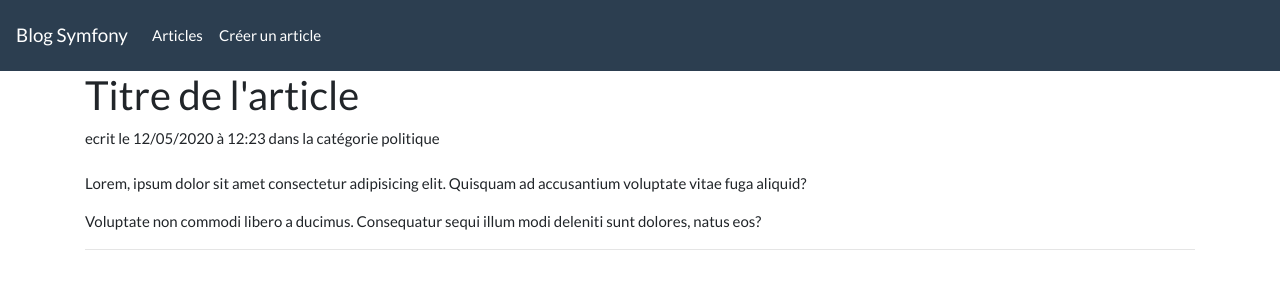
Repository: khadimniass/symfonyProjetct1
Page: templates/blog/show.html.twig
These files come from the project's save history. The page is drawn as it stood at one moment and after the next save; the edit follows.
The browser window is 1280 px wide. The pictures show the whole page.
The page is a Twig template of a Symfony application; nobody is signed in and links lead nowhere. The template is opened directly, without the code that normally fills it, so the values that code supplies are empty.

Above is the page before, as saved 2020-05-12 17:49:51.

### templates/blog/show.html.twig
{% extends 'base.html.twig' %}

{% block body %}
    <article>
        {# <h2>{{ article.title | raw }}</h2> #}
        <h2>Titre de l'article</h2>
        <div class="metada">ecrit le {{ article.createdAt | date('d/m/Y') }} à
        {{ article.createdAt | date('H:i') }} dans la catégorie politique</div>
        <div class="content">
            <img src="{{article.image}}" alt="">
            <p>Lorem, ipsum dolor sit amet consectetur adipisicing elit. Quisquam ad accusantium voluptate vitae fuga aliquid?</p>
            <p>Voluptate non commodi libero a ducimus. Consequatur sequi illum modi deleniti sunt dolores, natus eos?</p>
            <hr>
                {{article.content |raw}}
        </div>
    </article>

{% endblock %}

### templates/base.html.twig
<!DOCTYPE html>
<html>
    <head>
        <meta charset="UTF-8">
        <title>{% block title %}Welcome!{% endblock %}</title>
        <link rel="stylesheet" href="https://bootswatch.com/4/flatly/bootstrap.min.css">
        {% block stylesheets %}{% endblock %}
    </head>
    <body>
<nav class="navbar navbar-expand-lg navbar-dark bg-primary">
        <a class="navbar-brand" href="/">Blog Symfony</a>
        <button class="navbar-toggler" type="button" data-toggle="collapse" data-target="#navbarColor01" aria-controls="navbarColor01" aria-expanded="false" aria-label="Toggle navigation">
            <span class="navbar-toggler-icon"></span>
        </button>

        <div class="collapse navbar-collapse" id="navbarColor01">
            <ul class="navbar-nav mr-auto">
                <li class="nav-item ">
                    <a class="nav-link" href="/blog">Articles</a>
                </li>
                <li class="nav-item">
                    <a class="nav-link" href="/blog/new">Créer un article</a>
                </li>
            </ul>
        </div>
</nav>

        <div class="container">
                {% block body %}{% endblock %}
        </div>
        {% block javascripts %}{% endblock %}
    </body>
</html>

After the next save:
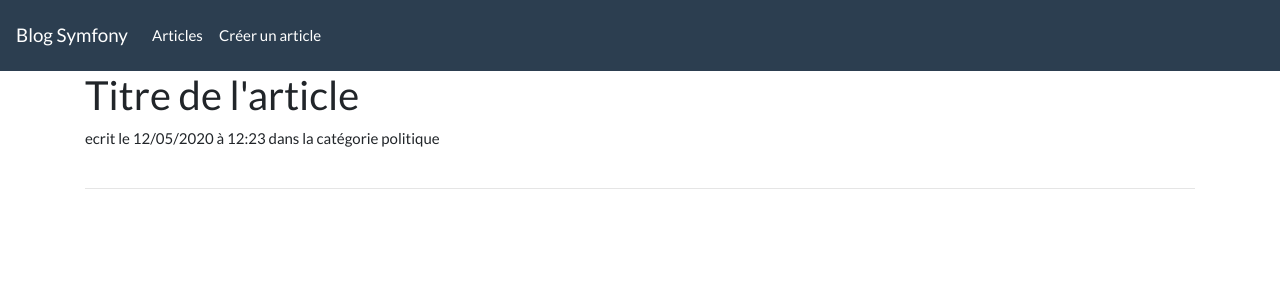
Saved 37 min 4 s later.
--- a/templates/blog/show.html.twig
+++ b/templates/blog/show.html.twig
@@ -8,9 +8,7 @@
         {{ article.createdAt | date('H:i') }} dans la catégorie politique</div>
         <div class="content">
             <img src="{{article.image}}" alt="">
-            <p>Lorem, ipsum dolor sit amet consectetur adipisicing elit. Quisquam ad accusantium voluptate vitae fuga aliquid?</p>
-            <p>Voluptate non commodi libero a ducimus. Consequatur sequi illum modi deleniti sunt dolores, natus eos?</p>
-            <hr>
+          <hr>
                 {{article.content |raw}}
         </div>
     </article>
